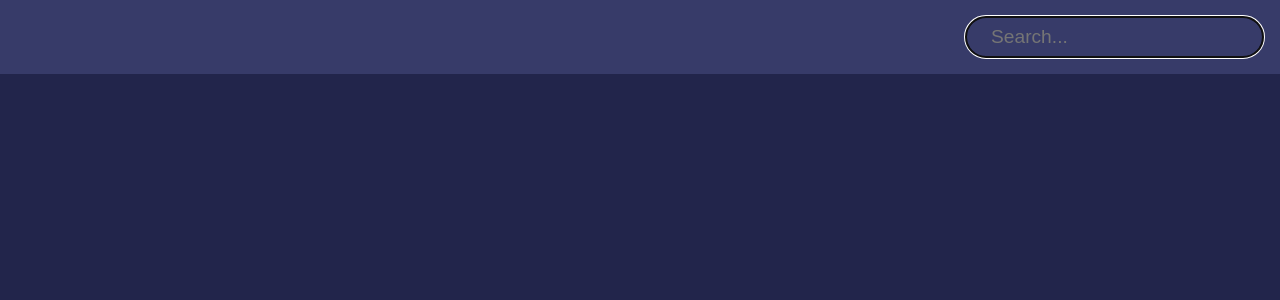
Repository: vutung11/movie
Page: /
An editor plug-in stored every save of this project. The page is shown before and after the next save, followed by the edit.
The browser window is 1280 px wide. The pictures show the whole page.
The first visible `.search` has the focus.
The page's requests for data from a server got no answer. The project was rebuilt for these pictures with package versions that can differ from the ones it lists, and the page was loaded fresh each time. No one was signed in, and anything a server would have sent is missing. Also part of the build but not shown: src/components/Movie.js.

Above is the page before, as saved 2022-04-05 11:30:57.

### public/index.html
<!DOCTYPE html>
<html lang="en">

<head>
  <meta charset="utf-8" />
  <link rel="icon" href="%PUBLIC_URL%/favicon.ico" />
  <meta name="viewport" content="width=device-width, initial-scale=1" />
  <meta name="theme-color" content="#000000" />
  <meta name="description" content="Web site created using create-react-app" />
  <link rel="apple-touch-icon" href="%PUBLIC_URL%/logo192.png" />
  <!--
      manifest.json provides metadata used when your web app is installed on a
      user's mobile device or desktop. See https://developers.google.com/web/fundamentals/web-app-manifest/
    -->
  <link rel="manifest" href="%PUBLIC_URL%/manifest.json" />
  <!--
      Notice the use of %PUBLIC_URL% in the tags above.
      It will be replaced with the URL of the `public` folder during the build.
      Only files inside the `public` folder can be referenced from the HTML.

      Unlike "/favicon.ico" or "favicon.ico", "%PUBLIC_URL%/favicon.ico" will
      work correctly both with client-side routing and a non-root public URL.
      Learn how to configure a non-root public URL by running `npm run build`.
    -->
  <title>React App</title>
</head>

<body>
  <noscript>You need to enable JavaScript to run this app.</noscript>
  <div class="root" id="root"></div>
  <!--
      This HTML file is a template.
      If you open it directly in the browser, you will see an empty page.

      You can add webfonts, meta tags, or analytics to this file.
      The build step will place the bundled scripts into the <body> tag.

      To begin the development, run `npm start` or `yarn start`.
      To create a production bundle, use `npm run build` or `yarn build`.
    -->
</body>

</html>

### src/index.css
@import url('https://fonts.googleapis.com/css2?family=Poppins:wght@200;400;600&display=swap');

*{
  box-sizing: border-box;
}
body{
  background-color: #22254b;
  color: white;
  font-family: "Pooppins", sans-serif;
  margin: 0;
}
.root{
  display: flex;
  flex-direction: column;
}
header{
  background-color: #373b69;
  display: flex;
  padding: 1rem;
  justify-content: flex-end;
}
.search{
  background-color: transparent;
  border: 2px solid #22254b;
  border-radius: 50px;
  color: #22254b;
  font-family: inherit;
  font-size: 1.2rem;
  padding: 0.5rem 1.5rem;
}
.movie-container{
  display: flex;
  flex-wrap: wrap;
}
.movie{
  background-color: #373b69;
  border-radius: 3px;
  box-shadow: 3px 3px 5px rgba(0, 0,0, 0.1);
  overflow: hidden;
  width: 300px;
  margin: 1rem;
  position: relative;
}
.movie img{
  max-width: 100%;
}
.movie-info{
  display: flex;
  padding: 1rem;
  align-items: center;
  justify-content: space-between;
}
.movie-info h3{
  margin: 0;
}
.movie-over{
  background-color: #fff;
  border-top-left-radius: 3px;
  border-top-right-radius: 3px;
  box-shadow: 0px -3px 5px rgba(0, 0,0, 0.1);
  color: #22254b;
  padding: 1rem;
  position: absolute;
  bottom: 0;
  left: 0;
  right: 0;
  overflow: auto;
  max-height: 100%;
  transform: translateY(102%);
  transition:  transform 0.3s ease-in-out;
}
.movie:hover .movie-over{
  transform: translateY(0%);
}

### src/App.js
import { useEffect, useState } from "react";
import Movie from "./components/Movie";

const FEATURED_API =
  "https://api.themoviedb.org/3/discover/movie?sort_by=popularity.desc&api_key=04c35731a5ee918f014970082a0088b1&page=1";
const IMG_API = "https://image.tmdb.org/t/p/w1280";
const SEARCH_API =
  "https://api.themoviedb.org/3/search/movie?&api_key=04c35731a5ee918f014970082a0088b1&page=1";
function App() {
  const [movies, setMovies] = useState([]);

  useEffect(() => {
    fetch(FEATURED_API)
      .then((res) => res.json())
      .then((data) => {
        console.log(data);
        setMovies(data.results);
      });
  }, []);
  return (
    <div>
      <header>
        <input className="search" type="text" placeholder="Search..." />
      </header>
      <div className="movie-container">
        {movies.length > 0 &&
          movies.map((movie) => <Movie key={movie.id} {...movie} />)}
      </div>
    </div>
  );
}

export default App;

Loaded but not shown: src/index.js (common file); src/reportWebVitals.js (common file); public/manifest.json (common file)

After the next save:
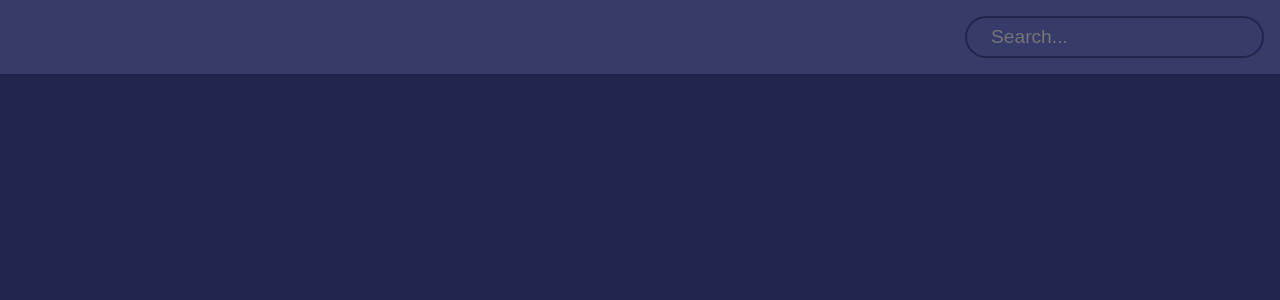
Saved 16 s later.
--- a/src/index.css
+++ b/src/index.css
@@ -27,6 +27,9 @@ header{
   font-family: inherit;
   font-size: 1.2rem;
   padding: 0.5rem 1.5rem;
+}
+.search:focus{
+  outline: none;
 }
 .movie-container{
   display: flex;
